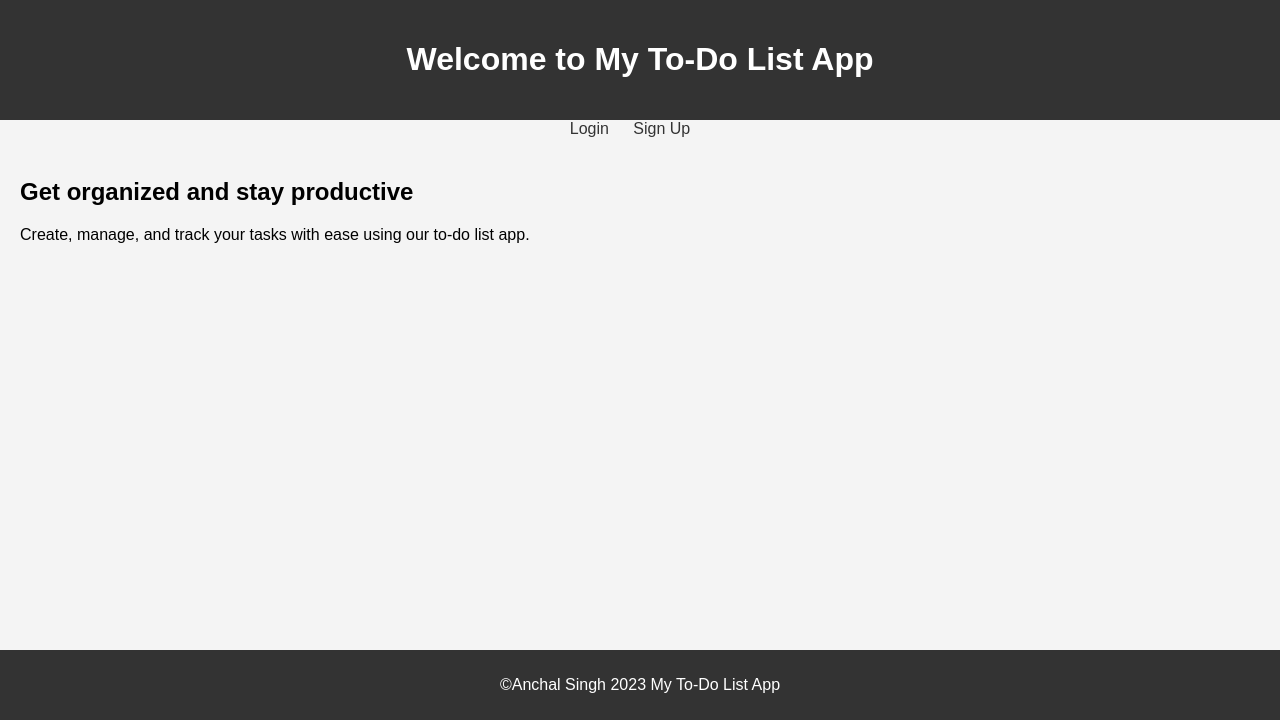
Repository: anchalsinghrajput/spring-MVC
Page: http://localhost/todoList/views/homePage.jsp
The author's editor kept a copy of each file at every save. The page is drawn from the files as they stood at one save, then again after the next save.
The browser window is 1280 px wide. The pictures show the whole page.
The page is served by Tomcat 10.

Above is the page before, as saved 2023-11-16 07:07:41.

After the next save:
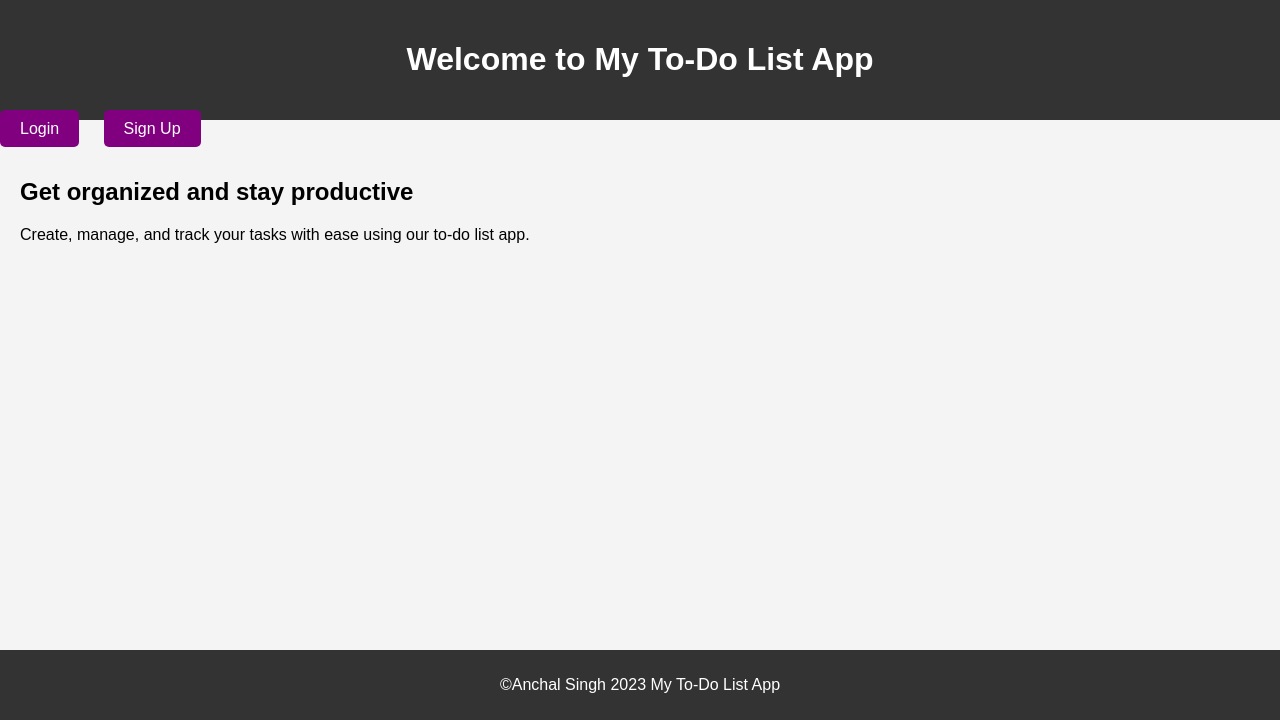
Saved 93 s later.
--- a/todoList/src/main/webapp/views/homePage.jsp
+++ b/todoList/src/main/webapp/views/homePage.jsp
@@ -19,7 +19,7 @@
             list-style: none;
             margin: 0;
             padding: 0;
-            text-align: center;
+            text-align: left; /* Align navigation to the left */
         }
         nav ul li {
             display: inline;
@@ -28,6 +28,10 @@
         nav ul li a {
             text-decoration: none;
             color: #333;
+            padding: 10px 20px;
+            background-color: purple; /* Purple background for buttons */
+            border-radius: 5px; /* Rounded corners */
+            color: white; /* White text color */
         }
         main {
             padding: 20px;
